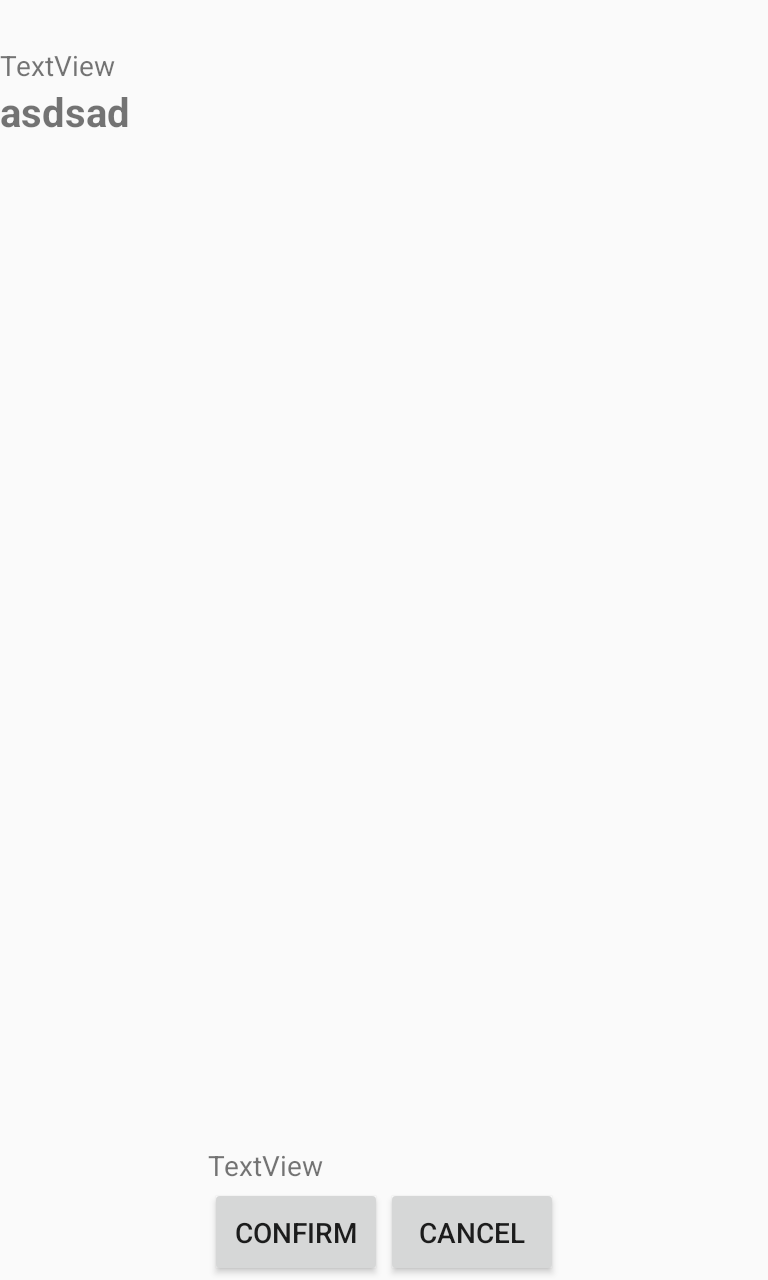
Repository: TeamZhao/Assignment-Tracker
Layout: AssignmentTracker/res/layout/activity_delete_semester_confirmation.xml
The author's editor kept a copy of each file at every save. The layout is drawn from the files as they stood at one save, then again after the next save.
It is drawn on a 768 x 1280 px phone screen (xhdpi) without system bars, with theme AppTheme; the app's code is not run.

Above is the layout before, as saved 2014-11-15 06:32:00.

After the next save:
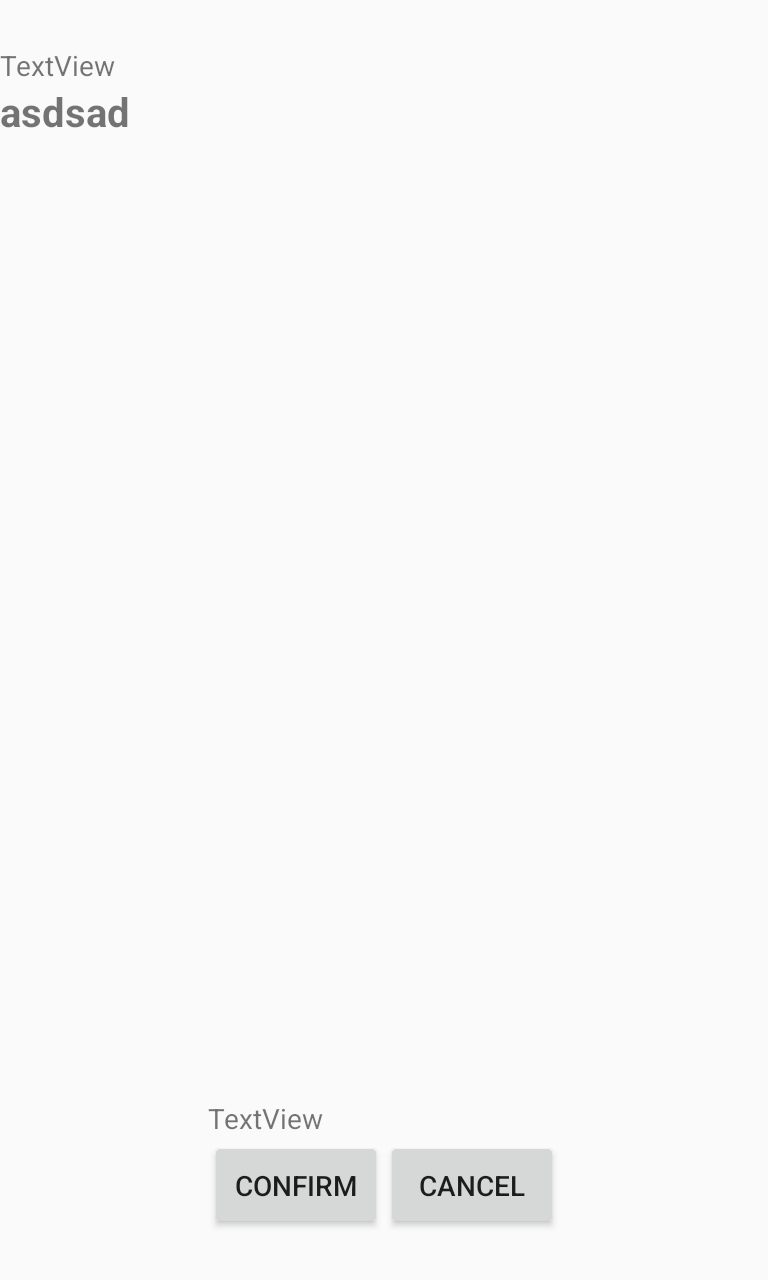
Saved 59 s later.
--- a/AssignmentTracker/res/layout/activity_delete_semester_confirmation.xml
+++ b/AssignmentTracker/res/layout/activity_delete_semester_confirmation.xml
@@ -63,7 +63,7 @@
         android:layout_width="wrap_content"
         android:layout_height="wrap_content"
         android:layout_weight="1"
-        android:gravity="bottom|center" >
+        android:gravity="center_horizontal" >
 
         <LinearLayout
             android:layout_width="wrap_content"

After the save that followed:
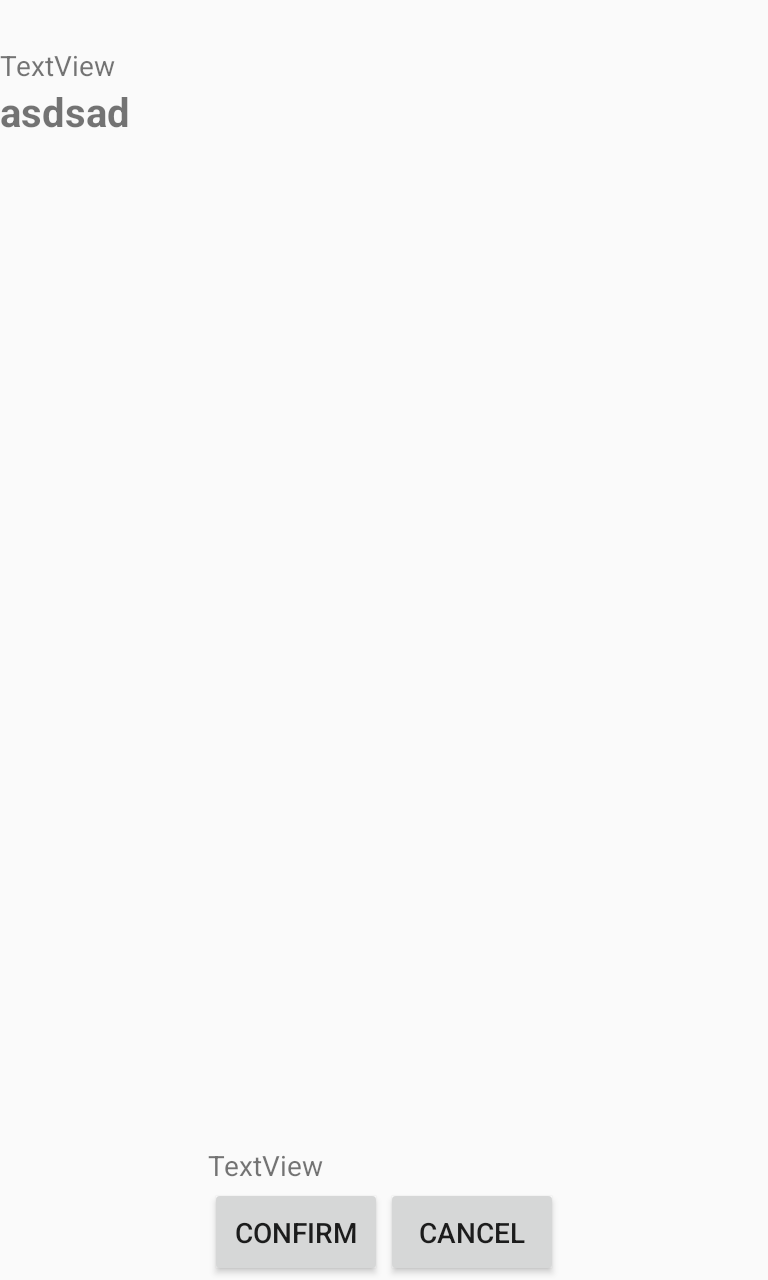
Saved 85 s later.
--- a/AssignmentTracker/res/layout/activity_delete_semester_confirmation.xml
+++ b/AssignmentTracker/res/layout/activity_delete_semester_confirmation.xml
@@ -62,8 +62,9 @@
         android:id="@+id/tableRow3"
         android:layout_width="wrap_content"
         android:layout_height="wrap_content"
+        android:layout_gravity="center_horizontal"
         android:layout_weight="1"
-        android:gravity="center_horizontal" >
+        android:gravity="center_horizontal|bottom" >
 
         <LinearLayout
             android:layout_width="wrap_content"
